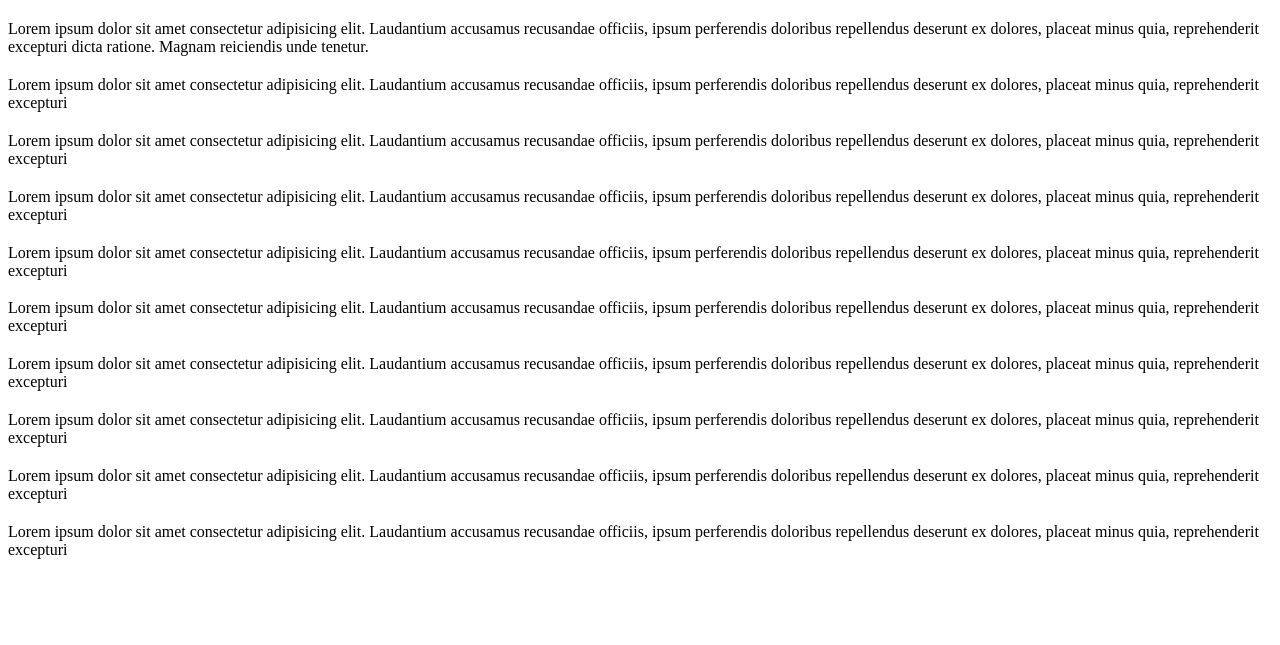
Repository: DevMike1993/100_Projects_HTML_CSS_JAVASCRIPT
Page: 03_Custom_Scrollbar/index.html
The author's editor kept a copy of each file at every save. The page is drawn from the files as they stood at one save, then again after a run of saves.
The browser window is 1280 px wide. The pictures show the whole page.

Above is the page before, as saved 2023-11-26 18:05:17.

### 03_Custom_Scrollbar/index.html
<!DOCTYPE html>
<html lang="en">
<head>
    <meta charset="UTF-8">
    <meta name="viewport" content="width=device-width, initial-scale=1.0">
    <title>Custom Scrollbar</title>
</head>
<body>

    <section>
        <div class="card">
            <h2 class="card-title"></h2>
            <p>Lorem ipsum dolor sit amet consectetur adipisicing elit. Laudantium accusamus recusandae officiis, ipsum perferendis doloribus repellendus deserunt ex dolores, placeat minus quia, reprehenderit excepturi dicta ratione. Magnam reiciendis unde tenetur.</p>
        </div>
        <div class="card">
            <h2 class="card-title"></h2>
            <p>Lorem ipsum dolor sit amet consectetur adipisicing elit. Laudantium accusamus recusandae officiis, ipsum perferendis doloribus repellendus deserunt ex dolores, placeat minus quia, reprehenderit excepturi
        </div>
        <div class="card">
            <h2 class="card-title"></h2>
            <p>Lorem ipsum dolor sit amet consectetur adipisicing elit. Laudantium accusamus recusandae officiis, ipsum perferendis doloribus repellendus deserunt ex dolores, placeat minus quia, reprehenderit excepturi
        </div>
        <div class="card">
            <h2 class="card-title"></h2>
            <p>Lorem ipsum dolor sit amet consectetur adipisicing elit. Laudantium accusamus recusandae officiis, ipsum perferendis doloribus repellendus deserunt ex dolores, placeat minus quia, reprehenderit excepturi
        </div>
        <div class="card">
            <h2 class="card-title"></h2>
            <p>Lorem ipsum dolor sit amet consectetur adipisicing elit. Laudantium accusamus recusandae officiis, ipsum perferendis doloribus repellendus deserunt ex dolores, placeat minus quia, reprehenderit excepturi
        </div>
        <div class="card">
            <h2 class="card-title"></h2>
            <p>Lorem ipsum dolor sit amet consectetur adipisicing elit. Laudantium accusamus recusandae officiis, ipsum perferendis doloribus repellendus deserunt ex dolores, placeat minus quia, reprehenderit excepturi
        </div>
        <div class="card">
            <h2 class="card-title"></h2>
            <p>Lorem ipsum dolor sit amet consectetur adipisicing elit. Laudantium accusamus recusandae officiis, ipsum perferendis doloribus repellendus deserunt ex dolores, placeat minus quia, reprehenderit excepturi
        </div>
        <div class="card">
            <h2 class="card-title"></h2>
            <p>Lorem ipsum dolor sit amet consectetur adipisicing elit. Laudantium accusamus recusandae officiis, ipsum perferendis doloribus repellendus deserunt ex dolores, placeat minus quia, reprehenderit excepturi
        </div>
        <div class="card">
            <h2 class="card-title"></h2>
            <p>Lorem ipsum dolor sit amet consectetur adipisicing elit. Laudantium accusamus recusandae officiis, ipsum perferendis doloribus repellendus deserunt ex dolores, placeat minus quia, reprehenderit excepturi
        </div>
        <div class="card">
            <h2 class="card-title"></h2>
            <p>Lorem ipsum dolor sit amet consectetur adipisicing elit. Laudantium accusamus recusandae officiis, ipsum perferendis doloribus repellendus deserunt ex dolores, placeat minus quia, reprehenderit excepturi
        </div>
    </section>

</body>
</html>

After the next 2 saves:
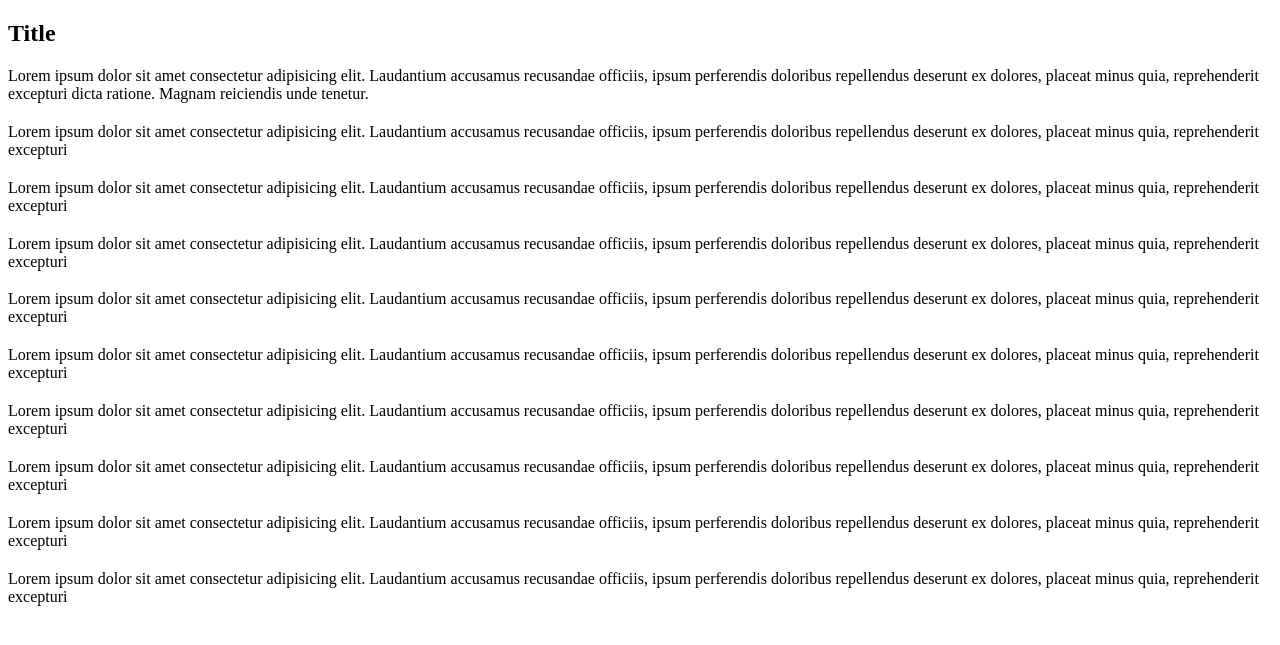
The 2 saves are shown as one change because they came seconds apart.
The last was saved 15 s later.
--- a/03_Custom_Scrollbar/index.html
+++ b/03_Custom_Scrollbar/index.html
@@ -9,7 +9,7 @@
 
     <section>
         <div class="card">
-            <h2 class="card-title"></h2>
+            <h2 class="card-title">Title</h2>
             <p>Lorem ipsum dolor sit amet consectetur adipisicing elit. Laudantium accusamus recusandae officiis, ipsum perferendis doloribus repellendus deserunt ex dolores, placeat minus quia, reprehenderit excepturi dicta ratione. Magnam reiciendis unde tenetur.</p>
         </div>
         <div class="card">
